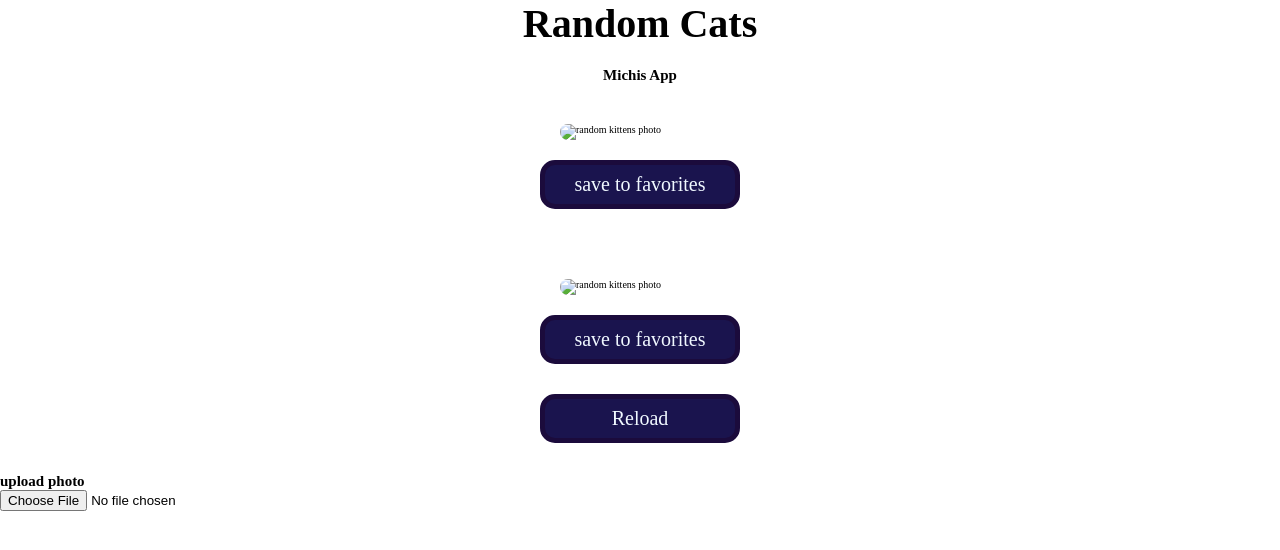
Repository: elto82/ConsumoAPIRESTjs
Page: index.html
The author's editor kept a copy of each file at every save. The page is drawn from the files as they stood at one save, then again after the next save.
The browser window is 1280 px wide. The pictures show the whole page.
The page's requests for data from a server got no answer.

Above is the page before, as saved 2022-07-03 20:23:12.

### index.html
<!DOCTYPE html>
<html lang="en">

<head>
  <meta charset="UTF-8">
  <meta http-equiv="X-UA-Compatible" content="IE=edge">
  <meta name="viewport" content="width=device-width, initial-scale=1.0">
  <title>Random Cats</title>
  <link rel="stylesheet" href="style.css">
</head>

<body>
  <header>
    <h1>Random Cats</h1>
  </header>
  <section id="randomMichis" class="container">
    <h2>Michis App</h2>
    <span id="error"></span>
    <article>
      <img id="img1" alt="random kittens photo" class="image">
      <button id="btn1" class="random-cat-button">
        save to favorites
      </button>
    </article>
    <article>
      <img id="img2" alt="random kittens photo" class="image">
      <button id="btn2" class="random-cat-button">
        save to favorites
      </button>
    </article>

    <button class="random-cat-button" onclick="loadRandomMichis()">
      Reload
    </button>

  </section>
  <section id="favoriteMichis">

  </section>

  <section id="uploadingMichi">
    <h2>upload photo</h2>
    <form id="uploadingForm"></form>
    <input id="file" type="file" name="file">
  </section>
  <script src="./main.js"></script>
</body>

</html>

### style.css
* {
  box-sizing: border-box;
  margin: 0px;
  padding: 0px;
}
html {
  font-size: 62.5%;
}
body {
  font-family: 'Square Peg', cursive;
}
header {
  display: flex;
  justify-content: center;
}
h1 {
  font-size: 4rem;
}
article{
  display: flex;
  flex-direction: column;
  justify-content: center;
  place-items: center;
  padding: 20px;
}
.container {
  display: flex;
  flex-direction: column;
  justify-content: center;
  place-items: center;
  padding: 20px;
}
.container .image {
  border-radius: 20px;
  margin: 20px;
  width: 80%;
  height: auto;
}
.random-cat-button {
  align-items: center;
  background-color: rgb(26, 20, 78);
  border: 5px solid rgb(27, 11, 60);
  border-radius: 15px;
  color: aliceblue;
  cursor: pointer;
  font-family: 'Pacifico', cursive;
  font-size: 2rem;
  padding: 0.8rem;
  width: 20rem;
  height: auto;
  margin-bottom: 1rem;
}
.random-cat-button:hover {
  border: 5px solid rgb(36, 16, 71);
  background-color: rgb(33, 14, 62);
}

### main.js
/*--------------------------------------------- endpoint
const API_URL = "https://api.thecatapi.com/v1/images/search"; */
/* --------------------------------------------------------query parameters */
const API_URL_random = "https://api.thecatapi.com/v1/images/search?limit=2";

const API_URL_favorites = "https://api.thecatapi.com/v1/favourites";

const API_URL_favorites_delete = (id) =>
  `https://api.thecatapi.com/v1/favourites/${id}`;

const spanError = document.getElementById("error");

async function loadRandomMichis() {
  const res = await fetch(API_URL_random);
  const data = await res.json();

  console.log(data);
  console.log("loadRandomMichis");

  if (res.status !== 200) {
    spanError.innerHTML = `hubo un error: ${res.status} ${data.message}`;
  } else {
    const img1 = document.getElementById("img1");
    const img2 = document.getElementById("img2");
    const btn1 = document.getElementById("btn1");
    const btn2 = document.getElementById("btn2");

    img1.src = data[0].url;
    img2.src = data[1].url;
    btn1.onclick = () => saveFavoriteMichi(data[0].id);
    btn2.onclick = () => saveFavoriteMichi(data[1].id);
  }
}

async function loadFavoriteMichis() {
  const res = await fetch(API_URL_favorites, {
    method: "GET",
    headers: {
      "X-API-KEY": "11fb4c78-96c8-403c-b282-b8c4d38b4b60",
    },
  });
  const data = await res.json();

  console.log(data);
  console.log("loadFavoriteMichis");

  if (res.status !== 200) {
    spanError.innerHTML = `Hubo un error: ${res.status} ${data.message}`;
  } else {
    const section = document.getElementById("favoriteMichis");
    section.innerHTML = "";
    const h2 = document.createElement("h2");
    const h2Text = document.createTextNode("Michis Favorites");
    h2.appendChild(h2Text);
    section.appendChild(h2);

    data.forEach((michi) => {
      const article = document.createElement("article");
      const img = document.createElement("img");
      const btn = document.createElement("button");
      const btnText = document.createTextNode("remove michi");

      btn.appendChild(btnText);
      btn.onclick = () => deleteFavoriteMichi(michi.id);
      img.src = michi.image.url;
      img.width = 150;
      article.appendChild(img);
      article.appendChild(btn);
      section.appendChild(article);
    });
  }
}

async function saveFavoriteMichi(id) {
  const res = await fetch(API_URL_favorites, {
    method: "POST",
    headers: {
      "Content-Type": "application/json",
      "X-API-KEY": "11fb4c78-96c8-403c-b282-b8c4d38b4b60",
    },
    body: JSON.stringify({
      image_id: id,
    }),
  });
  const data = await res.json();

  console.log("save");
  console.log(res);

  if (res.status !== 200) {
    spanError.innerHTML = `Hubo un error: ${res.status} ${data.message}`;
  } else {
    console.log("michi guardado en favoritos");
    loadFavoriteMichis();
  }
}

async function deleteFavoriteMichi(id) {
  const res = await fetch(API_URL_favorites_delete(id), {
    method: "DELETE",
    headers:{
      "X-API-KEY": "11fb4c78-96c8-403c-b282-b8c4d38b4b60",
    }
  });
  const data = await res.json();

  if (res.status !== 200) {
    spanError.innerHTML = `Hubo un error: ${res.status} ${data.message}`;
  } else {
    console.log("michi eliminado de favoritos");
    loadFavoriteMichis();
  }
}

loadRandomMichis();
loadFavoriteMichis();

After the next save:
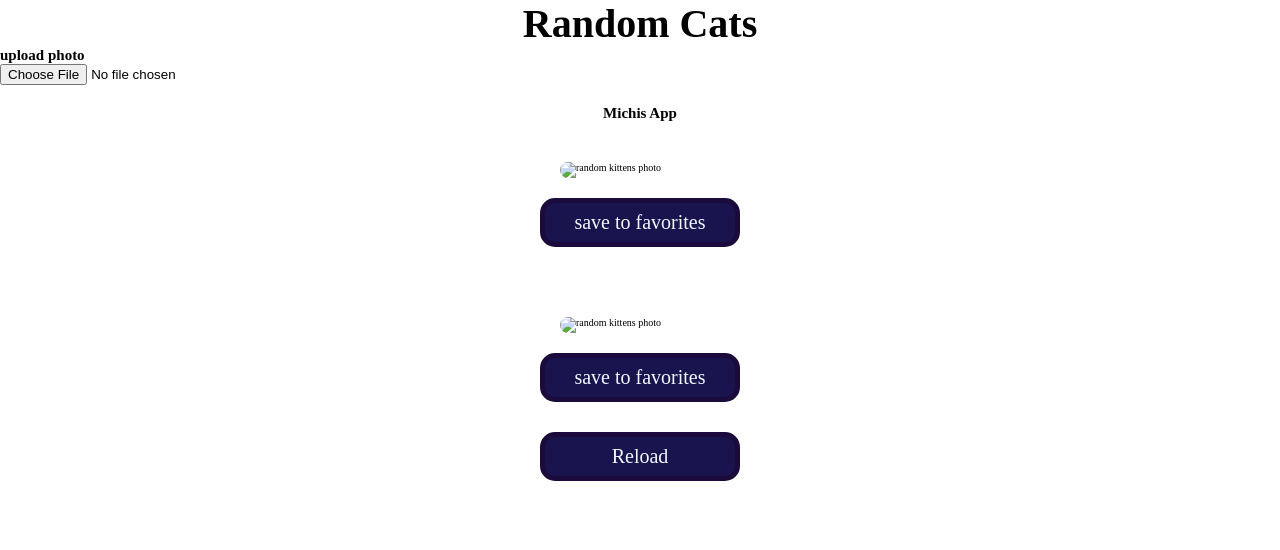
Saved 41 s later.
--- a/index.html
+++ b/index.html
@@ -13,6 +13,12 @@
   <header>
     <h1>Random Cats</h1>
   </header>
+  <section id="uploadingMichi">
+    <h2>upload photo</h2>
+    <form id="uploadingForm"></form>
+    <input id="file" type="file" name="file">
+  </section>
+
   <section id="randomMichis" class="container">
     <h2>Michis App</h2>
     <span id="error"></span>
@@ -38,11 +44,7 @@
 
   </section>
 
-  <section id="uploadingMichi">
-    <h2>upload photo</h2>
-    <form id="uploadingForm"></form>
-    <input id="file" type="file" name="file">
-  </section>
+
   <script src="./main.js"></script>
 </body>
 
